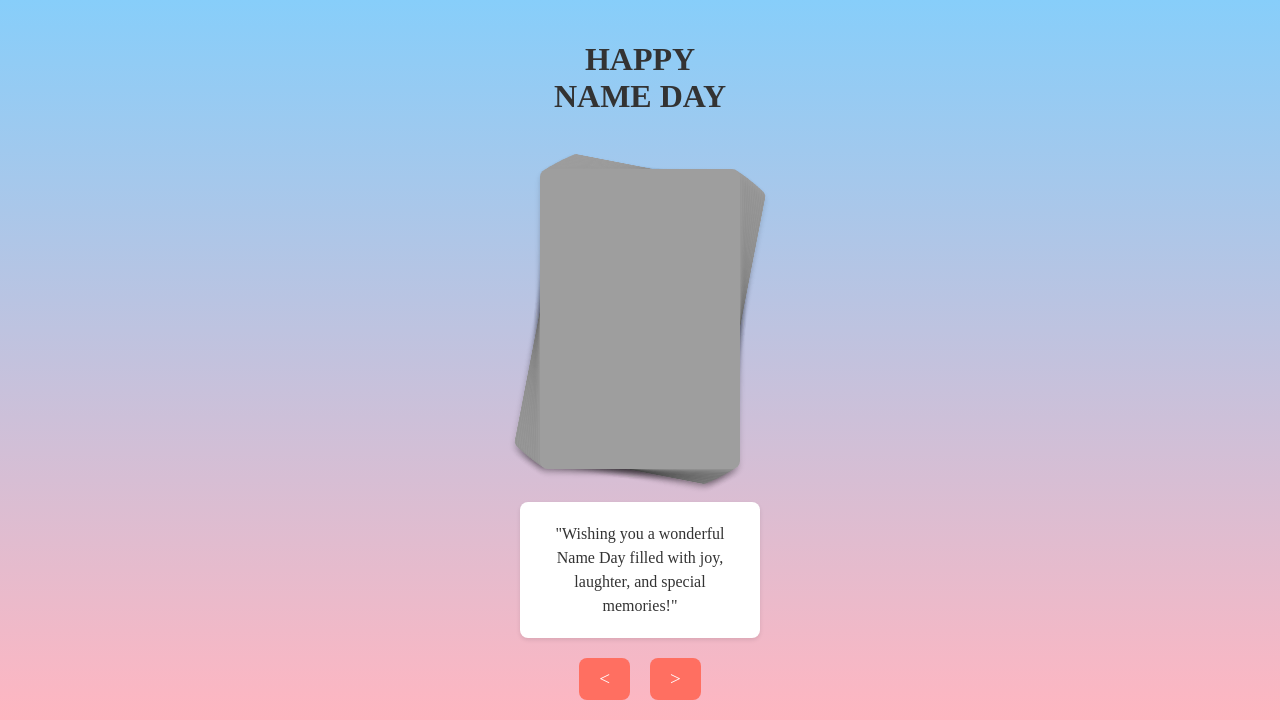
Repository: naps00/BIRTHDAY
Page: /details
These files come from the project's save history. The page is drawn as it stood at one moment and after the next save; the edit follows.
The browser window is 1280 px wide. The pictures show the whole page.
Pictures or frames that could not be fetched are drawn as grey boxes. The project was rebuilt for these pictures with package versions that can differ from the ones it lists, and the page was loaded fresh each time.

Above is the page before, as saved 2024-12-12 19:44:06.

After the next save:
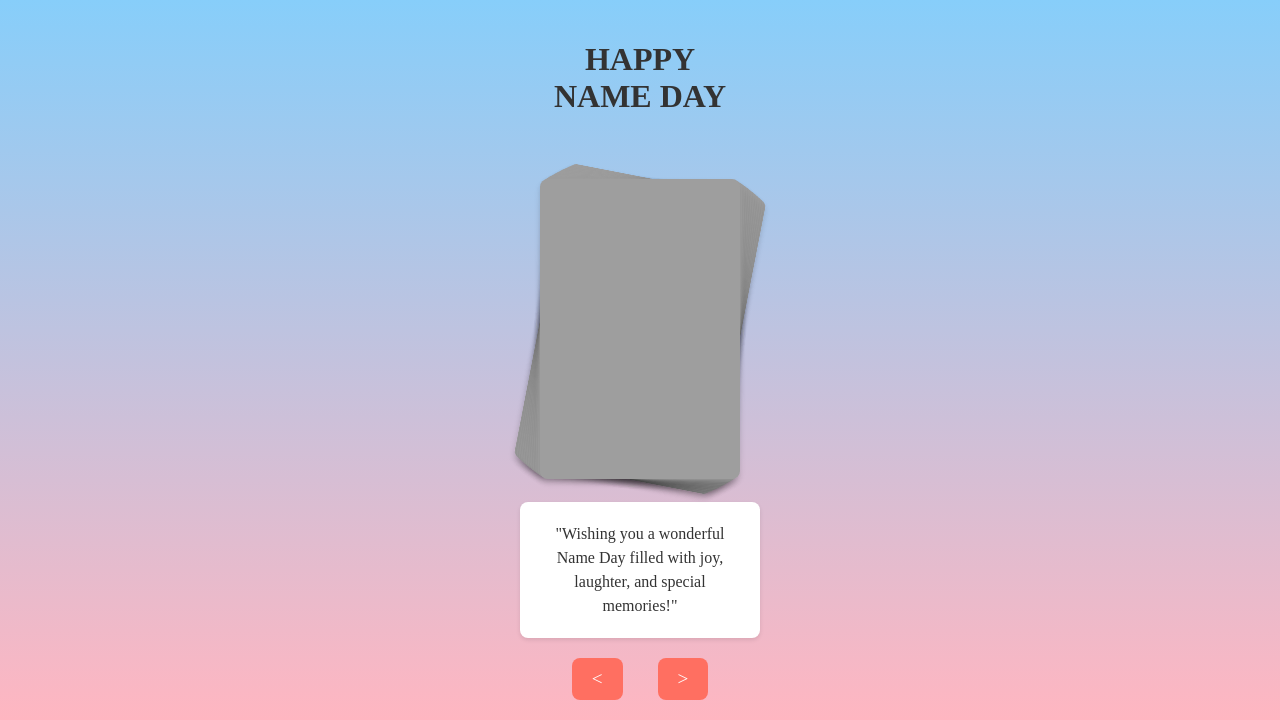
Saved 88 s later.
--- a/src/details.css
+++ b/src/details.css
@@ -1,42 +1,50 @@
 .details-page {
   display: flex;
   flex-direction: column;
-  min-height: 100vh;
   align-items: center;
   justify-content: flex-start;
-  height: auto; /* เปลี่ยนจาก 100vh เพื่อให้ครอบคลุมเนื้อหาทั้งหมด */
+  min-height: 100vh; /* กำหนดความสูงขั้นต่ำ */
   background: linear-gradient(to bottom, #87CEFA, #FFB6C1);
-  padding: 20px;
-  overflow-y: auto;
+  padding: 40px; /* เพิ่มระยะห่างจากขอบ */
+  overflow-y: auto; /* ให้เลื่อนแนวตั้งได้ */
   box-sizing: border-box;
 }
 
 .card-stack {
   position: relative;
-  width: 300px;
-  margin-top: 20px;
+  width: 100%; /* ใช้พื้นที่เต็มความกว้าง */
+  max-width: 400px; /* จำกัดขนาดความกว้าง */
+  margin-top: 40px; /* เพิ่มระยะห่างระหว่างภาพกับส่วนบน */
   display: flex;
   flex-direction: column; /* จัดเรียงแนวตั้ง */
   align-items: center;
-  gap: 20px; /* เพิ่มระยะห่างระหว่างรูป */
+  gap: 20px; /* ระยะห่างระหว่างแต่ละรูป */
 }
 
 .card {
-  position: relative;
-  width: 170px;
-  height: 250px;
+  width: 200px; /* เพิ่มขนาดความกว้าง */
+  height: 300px; /* เพิ่มขนาดความสูง */
   border-radius: 10px;
   box-shadow: 0 4px 8px rgba(0, 0, 0, 0.2);
-  transition: transform 0.3s ease;
 }
 
 .text-box {
-  margin-top: 20px;
-  padding: 90px;
+  margin-top: 30px; /* เพิ่มระยะห่างระหว่างภาพและข้อความ */
+  padding: 20px; /* ขยายพื้นที่ข้อความ */
   width: 100%;
-  max-width: 400px;
-  background: #f9f9f9;
+  max-width: 500px; /* ขยายขนาดกล่องข้อความ */
+  background: #ffffff;
   border: 1px solid #ddd;
   border-radius: 10px;
   box-shadow: 0 4px 8px rgba(0, 0, 0, 0.1);
+  text-align: center; /* จัดข้อความให้อยู่กึ่งกลาง */
+  font-size: 18px; /* เพิ่มขนาดตัวอักษร */
+  line-height: 1.6; /* เพิ่มความสูงระหว่างบรรทัด */
 }
+
+.controls {
+  margin-top: 30px; /* ระยะห่างระหว่างปุ่มกับข้อความ */
+  display: flex;
+  justify-content: center;
+  gap: 15px; /* เพิ่มระยะห่างระหว่างปุ่ม */
+}
